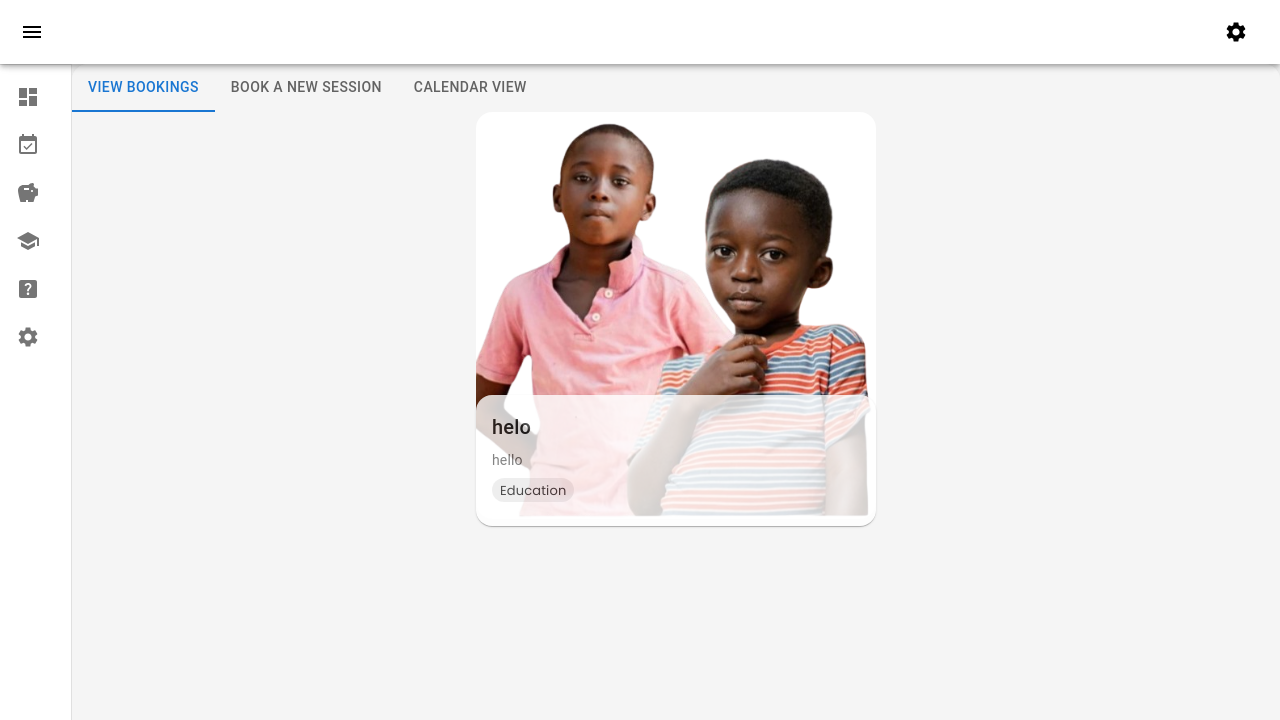
Repository: shubhampirate/Google_Solutions_Edural
Page: /bookings
The author's editor kept a copy of each file at every save. The page is drawn from the files as they stood at one save, then again after the next save.
The browser window is 1280 px wide. The pictures show the whole page.
An inner scrolling area shows only its first screen. The project was rebuilt for these pictures with package versions that can differ from the ones it lists, and the page was loaded fresh each time. Some packages were replaced by stand-ins written for this rebuild. Also part of the build but not shown: src/Components/CustomButton.jsx, src/Components/Navbar.jsx, src/Components/Footer.jsx, src/Components/CongratsCard.jsx, src/pages/Hero/Hero.jsx, src/pages/Dashboard/Dashboard.jsx, src/pages/Sign_in.jsx, src/pages/Bookings/LicenseCard.jsx.

Above is the page before, as saved 2024-02-04 17:44:50.

### src/index.js
import React from "react";
import ReactDOM from "react-dom/client";
import "./index.css";
import { GoogleOAuthProvider } from '@react-oauth/google';
import App from "./App";
import { BrowserRouter } from "react-router-dom";
const root = ReactDOM.createRoot(
    document.getElementById("root"));
root.render(
    <BrowserRouter>
<GoogleOAuthProvider clientId="730379698185-cv7a59sok9sod43v04ee6g6pt4gtaea2.apps.googleusercontent.com">
        {/* <React.StrictMode> */}
            <App />
        {/* </React.StrictMode> */}
    </GoogleOAuthProvider>
    </BrowserRouter>

);

### src/App.jsx
import Hero from "./pages/Hero/Hero";
import Dashboard from "./pages/Dashboard/Dashboard";
import Layout from "./Components/layout";
import SignIn from "./pages/Sign_in";
import Booking from "./pages/Bookings/bookings"
import {useState} from "react";
import { Route, Routes } from "react-router-dom";
function App() {
  return (
    <>
      {/* <Hero />   */}
      {/* <SignIn /> */}
      <Routes>
        <Route path="/signin" element={<><SignIn /></>} />
        <Route path="/dashboard" element={<Layout><Dashboard /></Layout>} />
        {/* <Route path="/education" element={<><Education /></>} /> */}
        <Route path="/bookings" element={<Layout><Booking /></Layout>} />
        {/* <Route path="/profile" element={<><Profile /></>} /> */}
        {/* <Route path="/finance" element={<><Finance /></>} /> */}
        {/* <Route path="/questions" element={<><Questions /></>} /> */}
        {/* <Route path="/retireaibot" element={<><Bot /></>} /> */}
        <Route path="/" element={<><Hero /></>} />
      </Routes>
         </>
  );
}

export default App;

### src/Components/layout.jsx
import React from 'react';
import { styled, createTheme, ThemeProvider } from '@mui/material/styles';
import CssBaseline from '@mui/material/CssBaseline';
import MuiDrawer from '@mui/material/Drawer';
import Box from '@mui/material/Box';
import MuiAppBar from '@mui/material/AppBar';
import Toolbar from '@mui/material/Toolbar';
import IconButton from '@mui/material/IconButton';
import MenuIcon from '@mui/icons-material/Menu';
import ChevronLeftIcon from '@mui/icons-material/ChevronLeft';
import { mainListItems } from './listItems';
import { List } from '@mui/material';
import Divider from '@mui/material/Divider';
import Badge from '@mui/material/Badge';
// import NotificationsIcon from '@mui/icons-material/Notifications';
import Typography from '@mui/material/Typography';
import SettingsIcon from '@mui/icons-material/Settings';
const drawerWidth = 240;

const AppBar = styled(MuiAppBar, {
  shouldForwardProp: (prop) => prop !== 'open',
})(({ theme, open }) => ({
  zIndex: theme.zIndex.drawer + 1,
  transition: theme.transitions.create(['width', 'margin'], {
    easing: theme.transitions.easing.sharp,
    duration: theme.transitions.duration.leavingScreen,
  }),
  ...(open && {
    marginLeft: drawerWidth,
    width: `calc(100% - ${drawerWidth}px)`,
    transition: theme.transitions.create(['width', 'margin'], {
      easing: theme.transitions.easing.sharp,
      duration: theme.transitions.duration.enteringScreen,
    }),
  }),
  backgroundColor: 'white', // Set background color to white
  color: 'black',
}));

const Drawer = styled(MuiDrawer, { shouldForwardProp: (prop) => prop !== 'open' })(
  ({ theme, open }) => ({
    '& .MuiDrawer-paper': {
      position: 'relative',
      whiteSpace: 'nowrap',
      width: drawerWidth,
      transition: theme.transitions.create('width', {
        easing: theme.transitions.easing.sharp,
        duration: theme.transitions.duration.enteringScreen,
      }),
      boxSizing: 'border-box',
      ...(!open && {
        overflowX: 'hidden',
        transition: theme.transitions.create('width', {
          easing: theme.transitions.easing.sharp,
          duration: theme.transitions.duration.leavingScreen,
        }),
        width: theme.spacing(7),
        [theme.breakpoints.up('sm')]: {
          width: theme.spacing(9),
        },
      }),
    },
  }),
);

const defaultTheme = createTheme();

const Layout = ({ children }) => {
  const [open, setOpen] = React.useState(false);

  const toggleDrawer = () => {
    setOpen(!open);
  };

  return (
    <ThemeProvider theme={defaultTheme}>
      <Box sx={{ display: 'flex' }}>
        <CssBaseline />
        <AppBar position="absolute" open={open}
        //  sx={{
        //         backgroundColor:
        //         // "rgba(244, 127, 42, 0.04)",
        //         (theme) =>
        //         theme.palette.mode === 'light'
        //             ? theme.palette.grey[100]
        //             : theme.palette.grey[900]}}
                    >
          <Toolbar
            sx={{
              pr: '24px', // keep right padding when drawer closed
            }}
          >
            <IconButton
              edge="start"
              color="inherit"
              aria-label="open drawer"
              onClick={toggleDrawer}
              sx={{
                marginRight: '36px',
                ...(open && { display: 'none' }),
              }}
            >
              <MenuIcon />
            </IconButton>
            <Typography
              component="h1"
              variant="h6"
              color="inherit"
              noWrap
              sx={{ flexGrow: 1 }}
            >
              {/* Dashboard */}
            </Typography>
            <IconButton color="inherit">
              {/* <Badge badgeContent={4} color="secondary"> */}
                <SettingsIcon />
              {/* </Badge> */}
            </IconButton>

          </Toolbar>
        </AppBar>
        <Drawer variant="permanent" open={open}>
          <Toolbar
            sx={{
              display: 'flex',
              alignItems: 'center',
              justifyContent: 'flex-end',
              px: [1],
            }}
          >
            <IconButton onClick={toggleDrawer}>
              <ChevronLeftIcon />
            </IconButton>
          </Toolbar>
          <Divider />
            <List component="nav">
                {mainListItems}
            </List>
        </Drawer>
        <Box
          component="main"
          sx={{
            backgroundColor: (theme) =>
              theme.palette.mode === 'light'
                ? theme.palette.grey[100]
                : theme.palette.grey[900],
            flexGrow: 1,
            height: '100vh',
            overflow: 'auto',
          }}
        >
          <Toolbar />
          {/* Content of individual pages */}
          {children}
        </Box>
      </Box>
    </ThemeProvider>
  );
};

export default Layout;

### src/pages/Bookings/bookings.jsx
import React, { useState, useEffect } from 'react';
import { styled, createTheme, ThemeProvider } from '@mui/material/styles';
import CssBaseline from '@mui/material/CssBaseline';
import Box from '@mui/material/Box';
import Tabs from '@mui/material/Tabs';
import Tab from '@mui/material/Tab';
import Card from '@mui/material/Card';
import CardContent from '@mui/material/CardContent';
import Typography from '@mui/material/Typography';
import GoogleMapReact from 'google-map-react'; // Install with npm/yarn
import FullCalendar from '@fullcalendar/react'; // Install with npm/yarn
import dayGridPlugin from '@fullcalendar/daygrid'; // Install with npm/yarn
import LicenseCard from './LicenseCard';
import { CardActions, Button } from '@mui/material';
import Chip from '@mui/material/Chip';
import CustomButton from '../../Components/CustomButton';
import heroImg from "../../media/img_main_page.png";
const defaultTheme = createTheme();

// Placeholder data for bookings and calendar events
const bookingsData = [
  { id: 1, title: 'Booking 1', date: '2024-02-10' },
  { id: 2, title: 'Booking 2', date: '2024-02-15' },
  // Add more booking data as needed
];
const ImageOverlayCard = ({ imgSrc, category, title, venue, date, buttonText }) => {
  return (
    <Box sx={{ position: 'relative', textAlign: 'center' }}>
      <img
        src={imgSrc}
        alt="heroImg"
        style={{ maxWidth: '10rem', maxHeight: '10rem', borderRadius: '50%' }}
      />
      <Card
        variant="solid"
        color="primary"
        sx={{
          boxShadow: 'lg',
          width: 400,
          position: 'absolute',
          top: '50%',
          left: '50%',
          transform: 'translate(-50%, -50%)',
          backgroundColor: (theme) => theme.palette.primary.main,
          opacity: 0.8,
        }}
      >
        <Box sx={{ display: 'flex', gap: 1 }}>
          <Chip size="sm" variant="soft" label={category} />
        </Box>
        <CardContent>
          <Typography level="title-lg">{title}</Typography>
          <Typography level="body-md">Venue: {venue}</Typography>
          <Typography level="body-md">Date: {date}</Typography>
        </CardContent>
        <CardActions>
          <CustomButton backgroundColor="#F47F2A" color="#fff" buttonText={buttonText} heroBtn={true} />
        </CardActions>
      </Card>
    </Box>
  );
};
const calendarEvents = [
  { id: 1, title: 'Event 1', start: '2024-02-10', end: '2024-02-12' },
  { id: 2, title: 'Event 2', start: '2024-02-15', end: '2024-02-18' },
  // Add more calendar event data as needed
];

const AnyReactComponent = ({ text }) => <div>{text}</div>;

export default function Booking() {
  const [tabValue, setTabValue] = useState(0);

  const handleChangeTab = (event, newValue) => {
    setTabValue(newValue);
  };

  return (
    <ThemeProvider theme={defaultTheme}>
      <Box sx={{ display: 'flex', borderRadius: '16px', overflow: 'hidden', boxShadow: '0px 0px 10px rgba(0, 0, 0, 0.1)' }}>
        <CssBaseline />
        <Box
          component="main"
          sx={{
            backgroundColor: (theme) =>
              theme.palette.mode === 'light'
                ? theme.palette.grey[100]
                : theme.palette.grey[900],
            flexGrow: 1,
            height: '100vh',
            overflow: 'hidden',
          }}
        >
          <Tabs value={tabValue} onChange={handleChangeTab}>
            <Tab label="View Bookings" />
            <Tab label="Book a New Session" />
            <Tab label="Calendar View" />
          </Tabs>

          {tabValue === 0 && (
            <Box position="relative" maxWidth="400px" margin="auto">
      <img
        src={heroImg}
        alt="card-background"
        style={{
          width: '100%',
          height: 'auto',
          borderRadius: '16px',
          objectFit: 'cover',
        }}
      />
      <Card
        sx={{
          position: 'absolute',
          bottom: 0,
          left: 0,
          right: 0,
          backgroundColor: (theme) => theme.palette.background.paper,
          opacity: 0.8,
          borderRadius: '16px',
        }}
      >
        <CardContent>
          <Typography variant="h6" gutterBottom>
          helo
          </Typography>
          <Typography variant="body2" color="text.secondary">
          hello
          </Typography>
          <Chip label="Education" size="small" sx={{ marginTop: '8px' }} />
        </CardContent>
      </Card>
    </Box>
//             <Box>
//               <div className="">
//               <Box sx={{ flex: "0.75" }}>
//             <img
//               src={heroImg}
//               alt="heroImg"
//               style={{ maxWidth: "10rem", maxHeight: "10rem"}}

//             />

//               <Card
//       variant="solid"
//       color="primary"

//       sx={{
//         boxShadow: 'lg',
//             width: 400,
//             overflow: 'auto',
//             resize: 'horizontal',
//             marginLeft: '2rem',
//             marginTop: '2rem',
//             position: 'absolute',
//             top: '25%', // Adjust as needed
//           left: '10%', // Adjust as needed
//             // backgroundColor: (theme) => theme.palette.primary.main,
//             opacity: 1, // Adjust the opacity as needed


//       }}
//     >
//       <Box sx={{ display: 'flex', gap: 1 }}>
//         <Chip size="sm" variant="soft" label="Education" />

//         {/* <Chip size="sm" variant="soft" label="Chip Filled" /> */}

//       </Box>
//       <div>
//           <Typography fontSize="sm" textColor="text.tertiary">
// {/*
//           </Typography> */}
//         </Typography>
//       </div>
//       <CardContent>
//         <Typography level="title-lg"> Swami Vivekanand School </Typography>
//         <Typography level="body-md">
//          Venue : Palghar, Mumbai, India
//         </Typography>
//         <Typography level="body-md">
//          Date : 29th February 2024
//         </Typography>
//       </CardContent>
//       <CardActions>
//       <CustomButton
//               backgroundColor="#F47F2A"
//               color="#fff"
//               buttonText="Navigate to Maps"
//               heroBtn={true}
//             />
//         {/* <Button variant="solid">Purchase Now</Button> */}
//       </CardActions>
//     </Card>
//     </Box>
//     </div>

//             </Box>
          )}

          {tabValue === 1 && (
            <Box>
              {/* Book a New Session Content */}
              {/* Use Google Maps component to search for schools */}
              <GoogleMapReact
                bootstrapURLKeys={{ key: 'YOUR_GOOGLE_MAPS_API_KEY' }}
                defaultCenter={{ lat: 37.7749, lng: -122.4194 }}
                defaultZoom={10}
              >
                <AnyReactComponent lat={37.7749} lng={-122.4194} text="Your Location" />
              </GoogleMapReact>
            </Box>
          )}

          {tabValue === 2 && (
             <Box>
             {/* Calendar View Content */}
             {/* <FullCalendar
               plugins={[dayGridPlugin]}
               initialView="dayGridMonth"
               events={calendarEvents}
             /> */}
           </Box>          )}
        </Box>
      </Box>
    </ThemeProvider>
  );
}

### src/Components/listItems.jsx
import * as React from 'react';
import ListItemButton from '@mui/material/ListItemButton';
import ListItemIcon from '@mui/material/ListItemIcon';
import ListItemText from '@mui/material/ListItemText';
import DashboardIcon from '@mui/icons-material/Dashboard';
import MedicalInformationIcon from '@mui/icons-material/MedicalInformation';
import SavingsIcon from '@mui/icons-material/Savings';
import SchoolIcon from '@mui/icons-material/School';
import HelpCenterIcon from '@mui/icons-material/HelpCenter';
import SettingsIcon from '@mui/icons-material/Settings';
import SmartToyIcon from '@mui/icons-material/SmartToy';
import { Link } from 'react-router-dom';
// import GoogleTranslateComponent from './GoogleTranslateComponent';
import EventAvailableIcon from '@mui/icons-material/EventAvailable';

export const mainListItems = (
  <>
    <React.Fragment>
      <Link to="/dashboard" style={{ textDecoration: "none", color: "black" }}>
        <ListItemButton>
          <ListItemIcon>
            <DashboardIcon />
          </ListItemIcon>
          <ListItemText primary="Dashboard" />
        </ListItemButton>
      </Link>
      <Link to="/bookings" style={{ textDecoration: "none", color: "black" }}>
        <ListItemButton>
          <ListItemIcon>
            <EventAvailableIcon />
          </ListItemIcon>
          <ListItemText primary="Bookings" />
        </ListItemButton>
      </Link>
      <Link to="/donation" style={{ textDecoration: "none", color: "black" }}>
        <ListItemButton>
          <ListItemIcon>
            <SavingsIcon />
          </ListItemIcon>
          <ListItemText primary="Donation" />
        </ListItemButton>
      </Link>
      <Link to="/education" style={{ textDecoration: "none", color: "black" }}>
        <ListItemButton>
          <ListItemIcon>
            <SchoolIcon />
          </ListItemIcon>
          <ListItemText primary="Educational Test" />
        </ListItemButton>
      </Link>
      <Link to="/questions" style={{ textDecoration: "none", color: "black" }}>
        <ListItemButton>
          <ListItemIcon>
            <HelpCenterIcon />
          </ListItemIcon>
          <ListItemText primary="FAQ" />
        </ListItemButton>
      </Link>
      <Link to="/profile" style={{ textDecoration: "none", color: "black" }}>
        <ListItemButton>
          <ListItemIcon>
            <SettingsIcon />
          </ListItemIcon>
          <ListItemText primary="Profile" />
        </ListItemButton>
      </Link>
      {/* <Link to="/retireaibot" style={{ textDecoration: "none", color: "black" }}>
        <ListItemButton>
          <ListItemIcon>
            <SmartToyIcon />
          </ListItemIcon>
          <ListItemText primary="Retire AI Bot" />
        </ListItemButton>
      </Link> */}
    </React.Fragment >
  </>
);

Loaded but not shown: public/index.html (common file); src/index.css (common file)

After the next save:
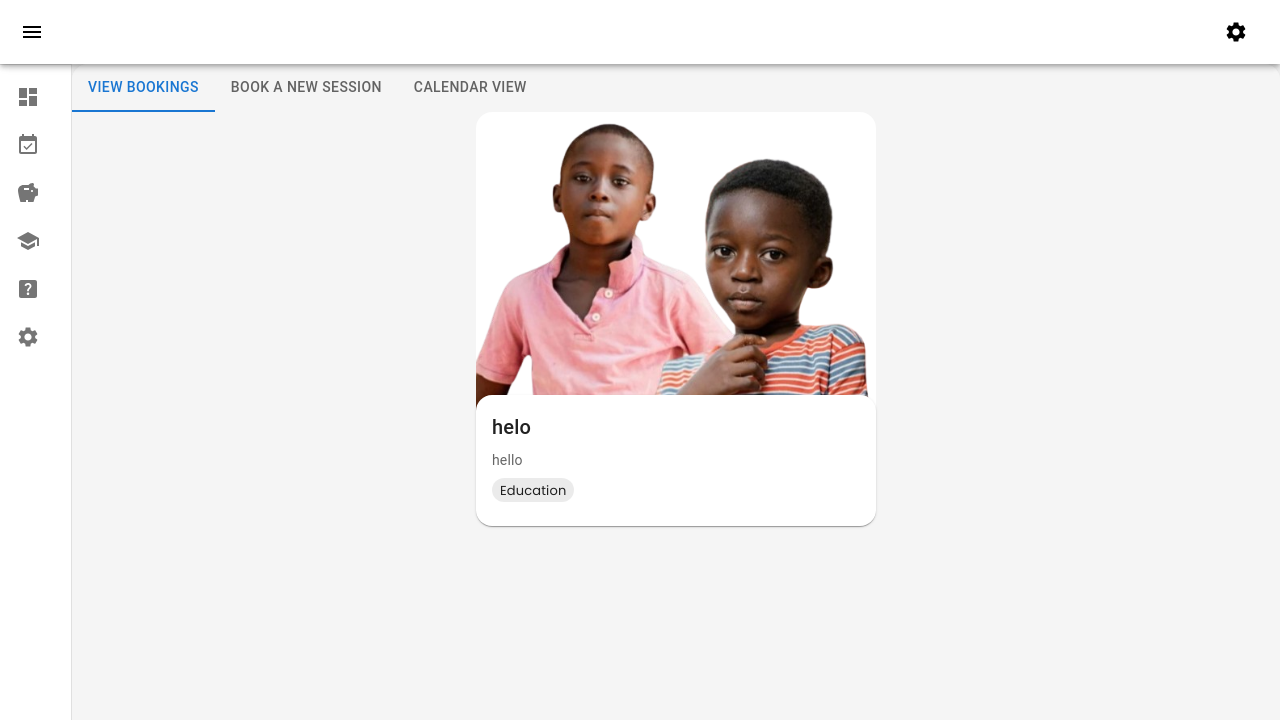
Saved 13 s later.
--- a/src/pages/Bookings/bookings.jsx
+++ b/src/pages/Bookings/bookings.jsx
@@ -116,7 +116,7 @@ export default function Booking() {
           left: 0,
           right: 0,
           backgroundColor: (theme) => theme.palette.background.paper,
-          opacity: 0.8,
+          opacity: 1,
           borderRadius: '16px',
         }}
       >
